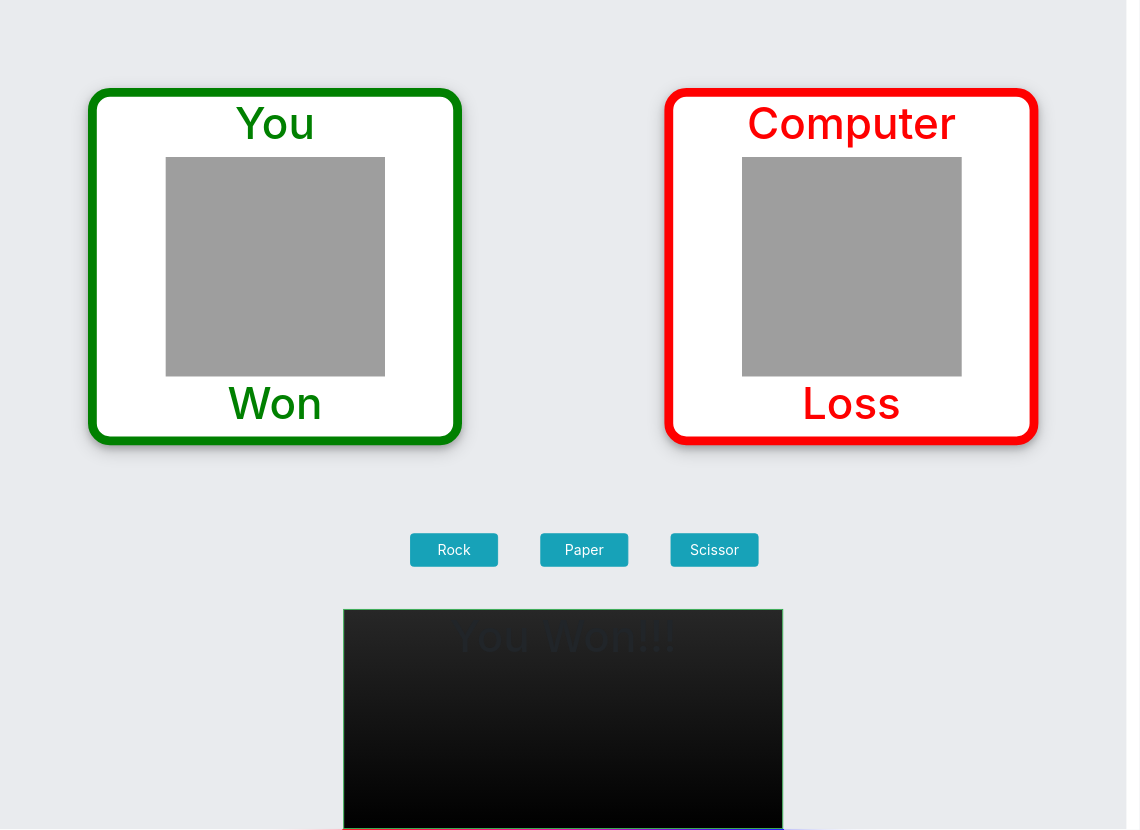
Repository: tts2610/React-Intro
Page: /
These files come from the project's save history. The page is drawn as it stood at one moment and after the next save; the edit follows.
The browser window is 1280 px wide. The page is 1295 px wide, so the pictures cover 1295 px, including what lies to the right of the window. The pictures show the whole page, at 88% of full size.
Pictures or frames that could not be fetched are drawn as grey boxes. Some web libraries are served in a nearby version. The project was rebuilt for these pictures with package versions that can differ from the ones it lists, and the page was loaded fresh each time.

Above is the page before, as saved 2020-05-26 22:41:39.

After the next save:
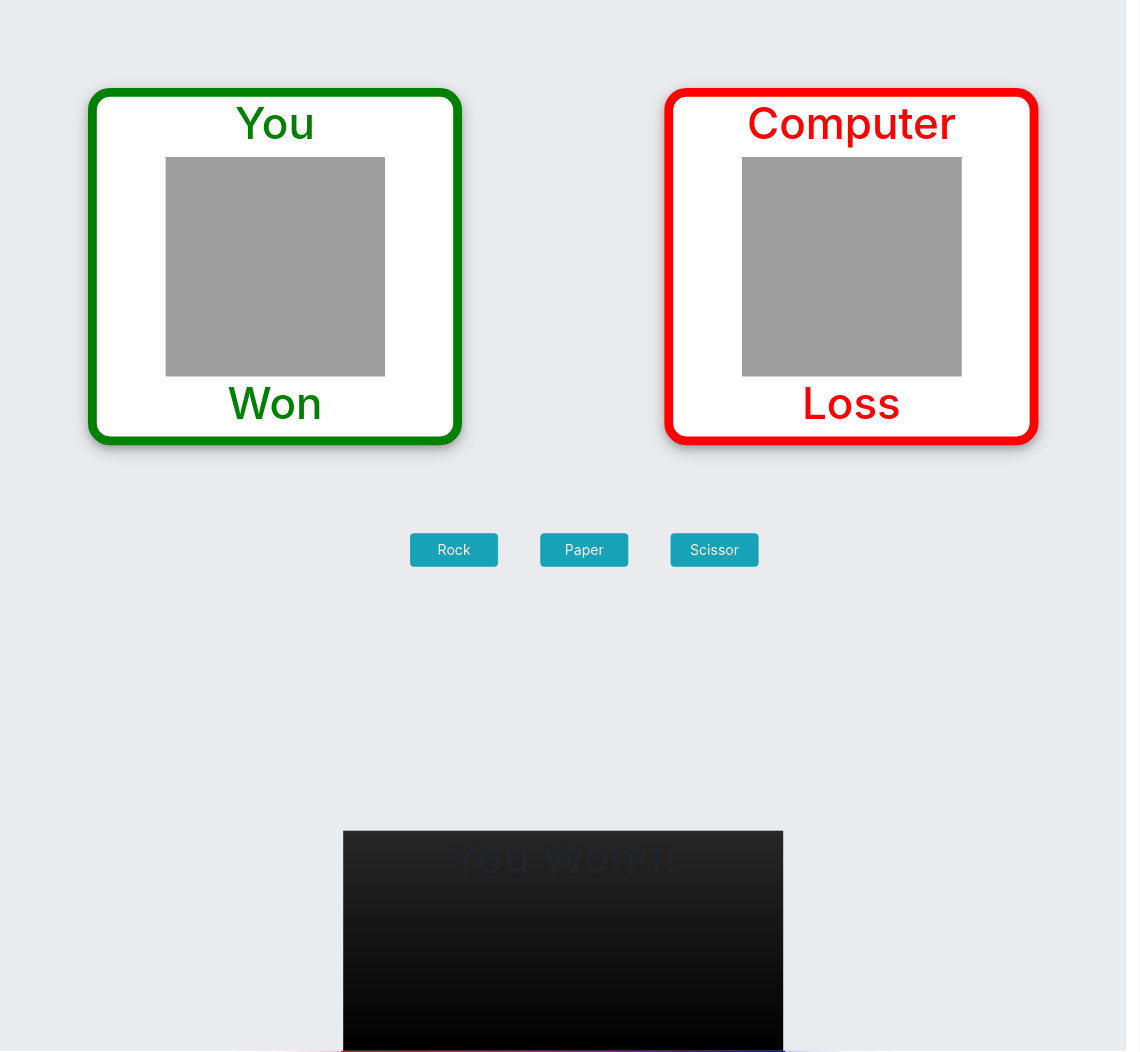
Saved 26 s later.
--- a/src/App.js
+++ b/src/App.js
@@ -71,7 +71,7 @@ export default class App extends Component{
         <Button type="paper" handleClick={this.handleClick}/>
         <Button type="scissor" handleClick={this.handleClick}/>
         </div>
-        <div className="row border border-success result mt-5 mx-auto block">
+        <div className="block">
         <Result result={[this.state.me.winner,this.state.computer.winner]}/>
         </div>
       </div>
